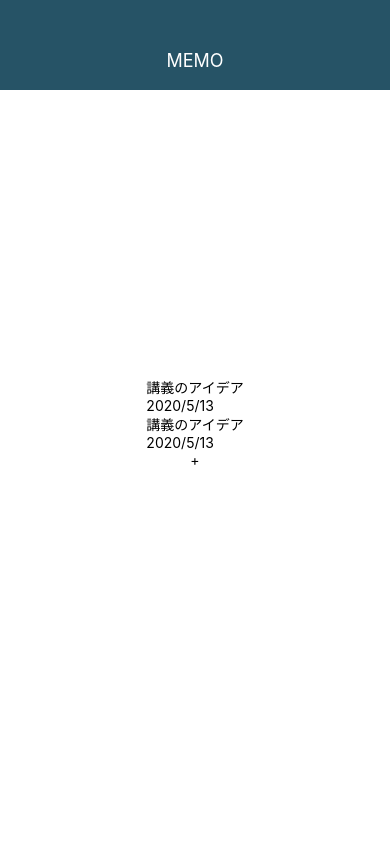
Repository: NagataRyuji0630/memo_app_for_reactNative
Page: /
The author's editor kept a copy of each file at every save. The page is drawn from the files as they stood at one save, then again after the next save.
The browser window is 390 px wide. The pictures show the whole page.
The app was drawn by React Native's web renderer in a window 390 px wide. The project was rebuilt for these pictures with package versions that can differ from the ones it lists, and the page was loaded fresh each time.

Above is the page before, as saved 2020-05-13 22:10:35.

After the next save:
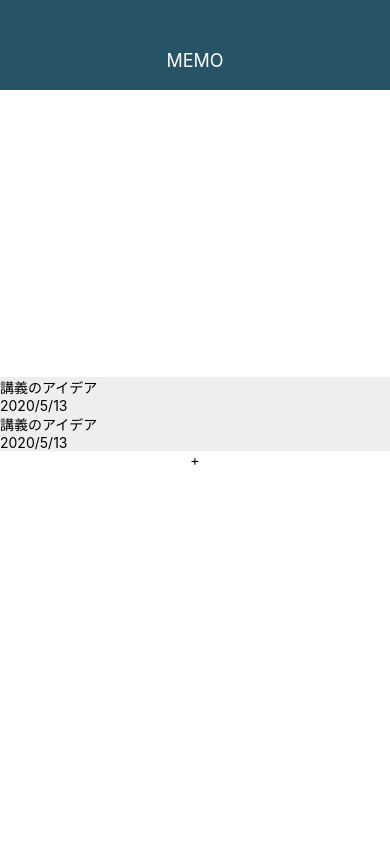
Saved 9 h 38 min later.
--- a/App.js
+++ b/App.js
@@ -54,5 +54,9 @@ const styles = StyleSheet.create({
   appbarTitle: {
     color: '#fff',
     fontSize: 18,
-  }
+  },
+  memoList: {
+    backgroundColor: '#eee',
+    width: '100%',
+  },
 });
